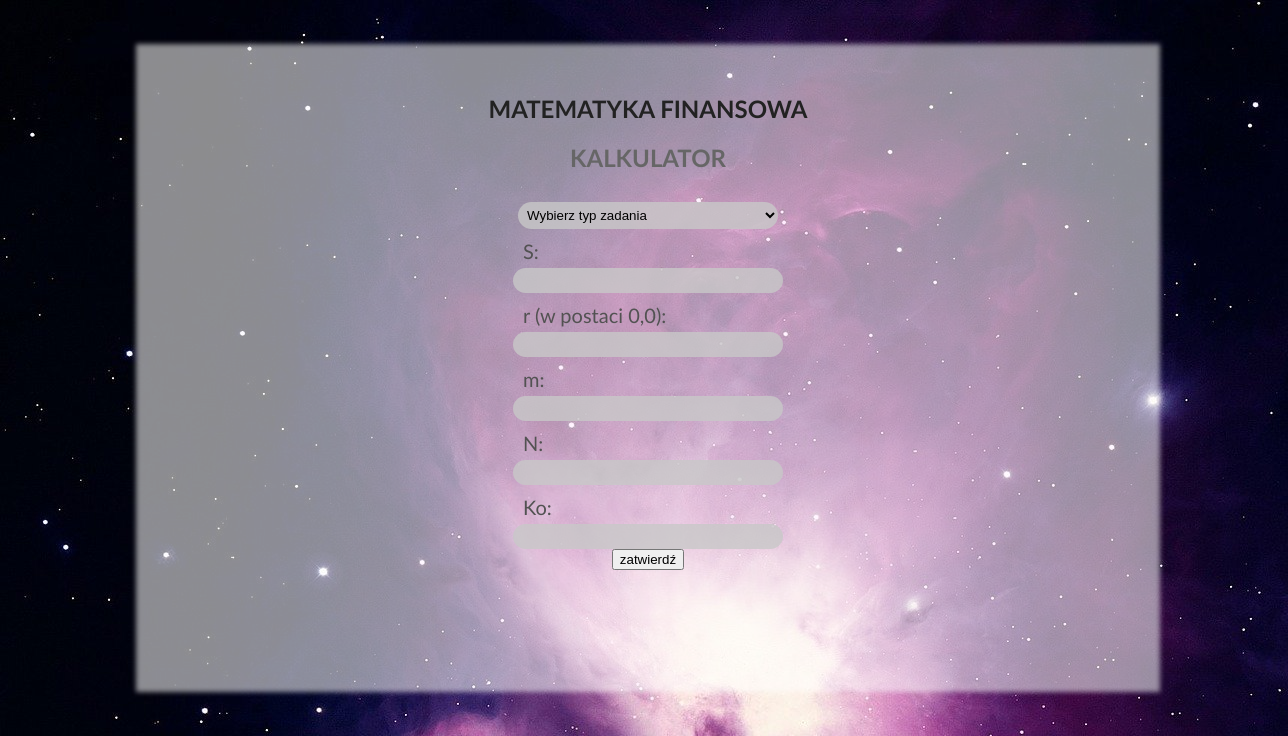
Repository: ravkita/MFCalc
Page: index.html
The author's editor kept a copy of each file at every save. The page is drawn from the files as they stood at one save, then again after the next save.
The browser window is 1280 px wide. The page is 1288 px wide, so the pictures cover 1288 px, including what lies to the right of the window. The pictures show the whole page.

Above is the page before, as saved 2021-04-12 19:47:43.

### index.html
<!DOCTYPE html>
<html lang="en">
<head>
    <meta charset="UTF-8">
    <meta http-equiv="X-UA-Compatible" content="IE=edge">
    <meta name="viewport" content="width=device-width, initial-scale=1.0">
    <title>Kalkulator</title>

    <style type="text/css">
        body{
            font-family: 'Gill Sans', 'Gill Sans MT', Calibri, 'Trebuchet MS', sans-serif;
            background-image: url('bg.jpg');
            width: 100vw;
            height: 100vh;
            overflow: hidden;
            display: flex;
            justify-content: center;
            align-items: center;
        }
        .popout{
            width: 80%;
            height: 90vh;
            position: relative;
        }
        .popout .bg{
            width: 100%;
            height: 100%;
            background: rgba(255, 255, 255, 0.55);
            filter: blur(2.55px);
            position: absolute;
            top: 0;
            left: 0;
            z-index: -1;
        }
        .header{
            width: 100%;
            display: flex;
            flex-direction: column;
            justify-content: center;
            align-items: center;
        }
        .title{
            color: #222;
            margin-top: 50px;
            margin-bottom: 10px;
        }
        .subtitle{
            margin-top: 10px;
            color: #666666;
        }

        #form{
            display: flex;
            flex-direction: column;
            justify-content: center;
            align-items: center;
        }
        .formItem{
            display: flex;
            justify-content: flex-start;
            align-items: flex-start;
            flex-direction: column;
            margin-top: 10px;
        }
        select, input[type="number"]{
            width: calc(100vh/2 - 100px);
            outline: 0;
            border: 0;
            background: rgba(201, 201, 201, 0.8);
            border-radius: 20px;
            padding: 5px;
        }
        label{
            padding-left: 10px;
            padding-bottom: 5px;
            color: #525252;
            font-size: 20px;
        }
    </style>
</head>
<body>
    <section class="popout">
        <div class="bg"></div>
        <header class="header">
            <h1 class="title">MATEMATYKA FINANSOWA</h1>
        <h2 class="subtitle">KALKULATOR</h2>
        </header>
        <form action="" id="form">
            <div class="formItem">
                <select name="type" id="typ">
                <option default>Wybierz typ zadania</option>
                <option value="1">zmienna rata</option>
                <option value="2">zmienne płatności</option>
                <option value="3">narastanie kapitału</option>
            </select>
            </div>
            <div class="formItem"><label for="S">S:</label> <input type="number" name="S" class="s"></div>
            <div class="formItem"><label for="r">r (w postaci 0,0):</label> <input type="number" name="r" class="r"></div>
            <div class="formItem"><label for="m">m:</label> <input type="number" name="m" class="m"></div>
            <div class="formItem"><label for="N">N:</label> <input type="number" name="N" class="N"></div>
            <div class="formItem"><label for="Ko">Ko:</label> <input type="number" name="Ko" class="Ko"></div>
            <input type="button" name="confirm" id="confirm" value="zatwierdź">
        </form>
        <div class="result">

        </div>
    </section>
    <script type="text/javascript">
        let s;
        let r;
        let m;
        let N;
        let q;
        let a;
        let Ko;
        let Sn = [];

        // RATY


        function rataStała(){
            const el = document.createElement("p");
            let t = s/(m*N);
            el.innerText = `T: ${t}`;
            document.querySelector('.result').appendChild(el);
        }
        function rataZmienna(){
            let tn = [];
            let sumaTn = 0;
                for(let i = 1; i<=N*m; i++){
                    const el = document.createElement("p");
                    tn[i-1] = s*((Math.pow(q, i) - Math.pow(q, i-1))/(Math.pow(q, m*N) - 1));
                    sumaTn += tn[i-1];
                    el.innerText = `T${i}: ${tn[i-1]}`;
                    document.querySelector('.result').appendChild(el);
                }
                const suma = document.createElement("p");
            suma.innerText = `Suma rat: ${sumaTn}`;
            document.querySelector('.result').appendChild(suma);
        }

        //KWOTA PŁATNOŚCI

        function kwotaPlatnosciStala(){
            const el = document.createElement("p");
            a = s*Math.pow(q, m*N)*((q-1)/(Math.pow(q, m*N)-1));
            el.innerText = `A: ${a}`;
            document.querySelector('.result').appendChild(el);
        }
        function kwotaPlatnosciZmienna(){
            for(let i = 1; i<=N*m; i++){
                const el = document.createElement("p");
                let an = (s/(N*m))*[1+((N*m)-i+1)*(r/m)];
                el.innerText = `A${i}: ${an}`;
                document.querySelector('.result').appendChild(el);
            }
        }

        // ODSETKI
        function odsetkiPrzyStalejRacie(){
            let sumaOs = 0;
            for(let i = 1; i<=N*m; i++){
                const el = document.createElement("p");
                let On = s*[1-((i-1)/(N*m))]*(r/m);
                sumaOs += On;
                el.innerText = `O${i}: ${On}`;
                document.querySelector('.result').appendChild(el);
            }
            const suma = document.createElement("p");
            suma.innerText = `Suma odsetek: ${sumaOs}`;
            document.querySelector('.result').appendChild(suma);
        }

        function odsetkiPrzyStalejKwocie(){
            saldoPrzyStałejKwocie();
            let On
            let sumaO = 0;
            for(let i = 1; i<=N*m; i++){
                const el = document.createElement("p");
                if(i === 1){
                     On = s*(r/m);
                     sumaO += On;
                }else{
                     On = Sn[i-2]*(r/m);
                     sumaO += On;
                }

                el.innerText = `O${i}: ${On}`;
                document.querySelector('.result').appendChild(el);
            }
            const suma = document.createElement("p");
            suma.innerText = `Suma odsetek: ${sumaO}`;
            document.querySelector('.result').appendChild(suma);
        }


        //SALDO
        function saldoPrzyStałejKwocie(){
            kwotaPlatnosciStala();
            for(let i = 1; i<=N*m; i++){
                const el = document.createElement("p");
                Sn[i-1] = s*(Math.pow((1+(r/m)), i)) - a*((Math.pow((1+(r/m)), i)-1)/((1+(r/m))-1));
                el.innerText = `S${i}: ${Sn[i-1]}`;
                document.querySelector('.result').appendChild(el);
            }
        }

        function saldoPrzyStałejRacie(){
            for(let i = 1; i<=N*m; i++){
                const el = document.createElement("p");
                let SnS = s*(1-(i/(N*m)));
                el.innerText = `S${i}: ${SnS}`;
                document.querySelector('.result').appendChild(el);
            }
        }


        //NARASTANIE KAPITAŁU

        function narastanieKapitału(){
            for(let i = 1; i<=N; i++){
                const el = document.createElement("p");
                let Kn = Ko*(Math.pow((1+(r/m)), i*m));
                el.innerText = `K${i}: ${Kn}`;
                document.querySelector('.result').appendChild(el);
            }
        }



        function getData(){
            document.getElementById('confirm').addEventListener('click', (e) =>{
                s = document.querySelector('.s').value;
                r = document.querySelector('.r').value;
                m = document.querySelector('.m').value;
                N = document.querySelector('.N').value;
                Ko = document.querySelector('.Ko').value;
                q = 1+(r/m);
                let type = document.querySelector('#typ').value;
                document.querySelector('.result').innerHTML="";

                switch (type){
                    case "1":
                    rataZmienna();
                    kwotaPlatnosciStala();
                    odsetkiPrzyStalejKwocie()
                    break;
                    case "2":
                    rataStała();
                    kwotaPlatnosciZmienna();
                    odsetkiPrzyStalejRacie();
                    saldoPrzyStałejRacie();
                    break;
                    case "3":
                    narastanieKapitału();
                }
            });
        }
        getData();
    </script>
</body>
</html>

After the next save:
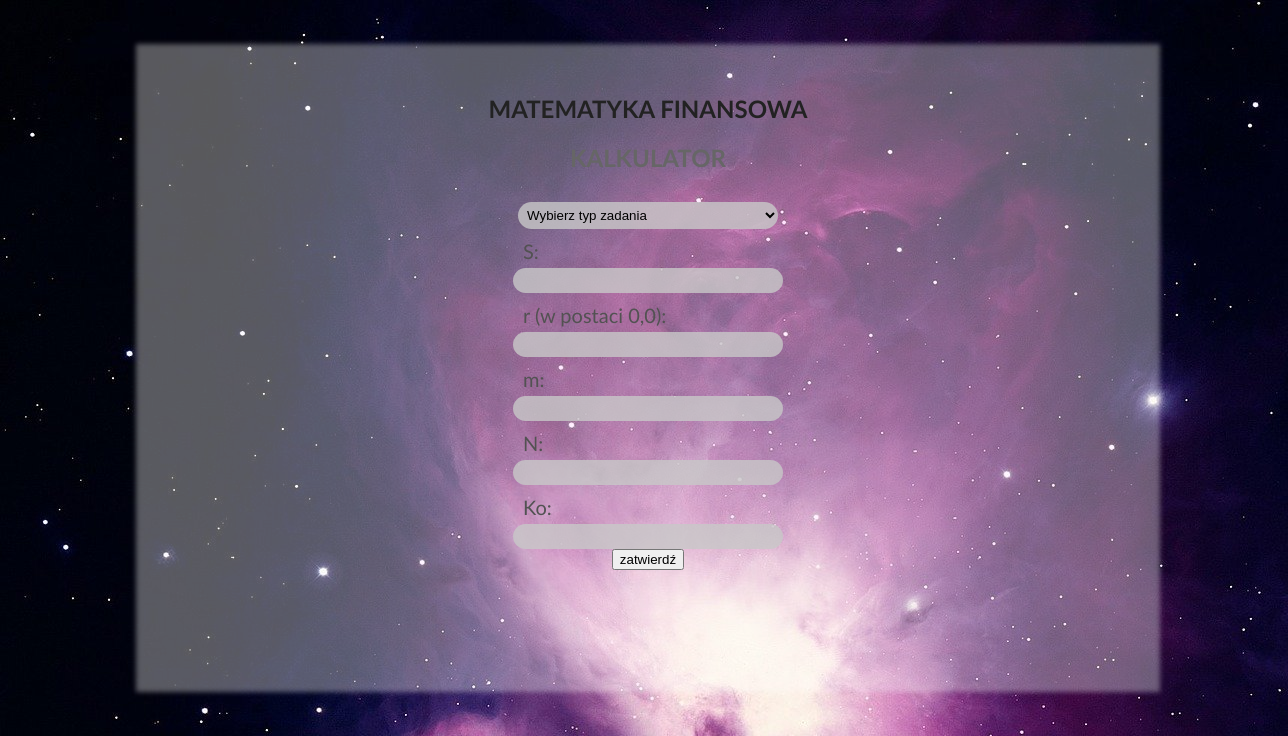
Saved 9 s later.
--- a/index.html
+++ b/index.html
@@ -25,7 +25,7 @@
         .popout .bg{
             width: 100%;
             height: 100%;
-            background: rgba(255, 255, 255, 0.55);
+            background: rgba(255, 255, 255, 0.35);
             filter: blur(2.55px);
             position: absolute;
             top: 0;
